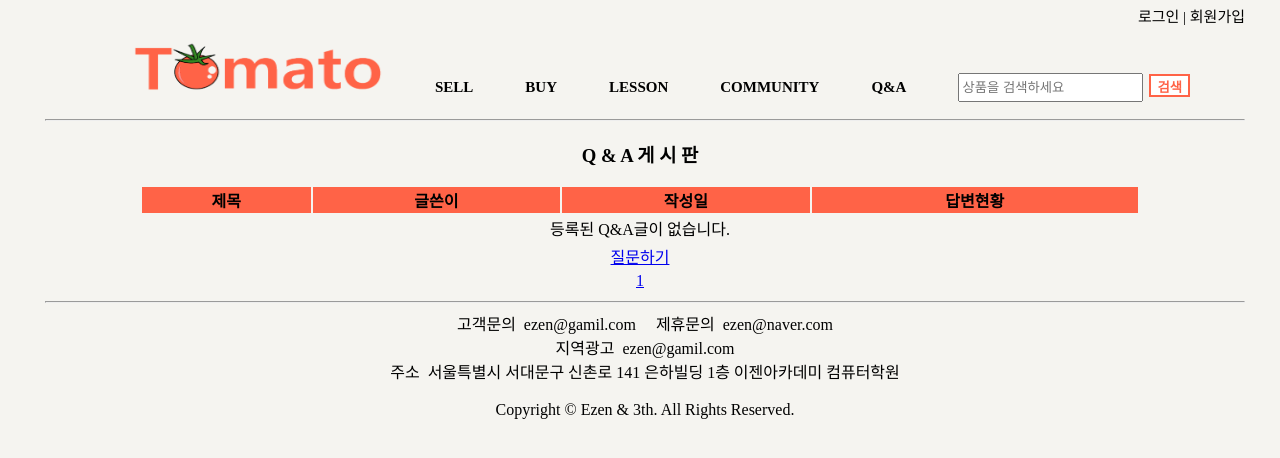
Repository: javadogfoot/semi-project
Page: http://localhost/tomato/qna/qnaList.jsp?cp=1
These files come from the project's save history. The page is drawn as it stood at one moment and after the next save; the edit follows.
The browser window is 1280 px wide. The pictures show the whole page.
The page is served by Tomcat 9. Other server files are loaded and not shown. Queries for data that is not in the repository find no rows.

Above is the page before, as saved 2021-10-14 16:46:52.

### semi프로젝트워크스페이스/tomato/src/main/webapp/qna/qnaList.jsp
<%@ page language="java" contentType="text/html; charset=UTF-8"
    pageEncoding="UTF-8"%>
<%@ page import="java.util.*" %>
<%@ page import="tomato.qna.*" %>
<jsp:useBean id="qdao" class="tomato.qna.QnaDAO" scope="session"></jsp:useBean>
<!DOCTYPE html>
<html>
<head>
<meta charset="UTF-8">
<title>Insert title here</title>
<link rel="stylesheet" type="text/css" href="/tomato/css/mainLayout.css">
<style>
h3{
	text-align: center;
}
table{
	margin: 0px auto;
	width: 1000px;
}
table th{
	background-color: tomato;
}
</style>
</head>
<%
int totalCnt=qdao.getTotalCnt();//총게시물 수
int listSize=20;//보여줄 리스트 수
int pageSize=5;//보여줄 페이지 수

String cp_s=request.getParameter("cp");
if(cp_s==null||cp_s.equals("")){
   cp_s="1";
}

int cp=Integer.parseInt(cp_s);//사용자 위치

int totalPage=(totalCnt/listSize)+1;
if(totalCnt%listSize==0)totalPage--;


int userGroup=cp/pageSize;
if(cp%pageSize==0)userGroup--;
%>
<body>
<%@include file="/header.jsp" %>
<section>
	<article>
		<h3>Q & A 게 시 판</h3>
		<table id="table">
			<thead>
				<tr>
					<th colspan="2">제목</th>
					<th>글쓴이</th>
					<th>작성일</th>
					<th>답변현황</th>
				</tr>
			</thead>
			<tfoot>
				<tr>
					<td colspan="5" align="center"><a href="qnaWrite.jsp">질문하기</a></td>
				</tr>
				<tr>
					<td colspan="5" align="center">
					<%
					if(userGroup!=0){
					   %>
					   <a href="qnaList.jsp?cp=<%=(userGroup-1)*pageSize+pageSize%>">&lt;&lt;</a>
					   <%
					}
					%>
					<%
					for(int i=userGroup*pageSize+1;i<=userGroup*pageSize+pageSize;i++){
					   %>&nbsp;&nbsp;&nbsp;<a href="qnaList.jsp?cp=<%=i%>"><%=i%></a>&nbsp;&nbsp;&nbsp;<%
					   if(i==totalPage){
					      break;
					   }
					}
					%>
					<%
					if(userGroup!=(totalPage/pageSize)-(totalPage%pageSize==0?1:0)){
					   %>
					   <a href="qnaList.jsp?cp=<%=(userGroup+1)*pageSize+1%>">&gt;&gt;</a>
					   <%
					}
					%>
					</td>
				</tr>
			</tfoot>
			<tbody>
			<%
			ArrayList<QnaDTO> arr=qdao.qnaList(cp,listSize);
			if(arr==null||arr.size()==0){
				%>
				<tr>
					<td colspan="5" align="center">등록된 Q&A글이 없습니다.</td>
				</tr>
				<%
			}else {
				for(int i=0;i<arr.size();i++){
					%>
					<tr>
						<td><%=arr.get(i).getQ_idx() %></td>
						<td>
						<%
						for(int k=0;k<arr.get(i).getQ_lev();k++){
							out.println("&nbsp;&nbsp;");
						}
						%>
						<a href="qnaContent.jsp?q_idx=<%=arr.get(i).getQ_idx() %>">
						<%=arr.get(i).getQ_sub()%></a></td>
						<td><%=arr.get(i).getM_id() %></td>
						<td><%=arr.get(i).getQ_joindate() %></td>
						<td><%=arr.get(i).getQ_status() %></td>
					</tr>
					<%
				}
			}
			%>
			</tbody>
		</table>
	</article>
</section>
<%@include file="/footer.jsp" %>
</body>
</html>

### semi프로젝트워크스페이스/tomato/src/main/webapp/header.jsp
<%@ page language="java" contentType="text/html; charset=UTF-8"
    pageEncoding="UTF-8"%>
<!DOCTYPE html>
<html>
<head>
<meta charset="UTF-8">
<title>Insert title here</title>
<style>

#btn1{
   background-color: white;
   color: tomato;
   font-weight: bold;
   height:23px;
   border: none;
   margin:2px;
   border: 2px solid tomato;
}
#btn1:hovertn1{
   background-color: tomato;
   color: white;
   font-weight: bold;
   height:23px;
   border: none;
   margin:2px;
   border: 2px solid tomato;
}
</style>
</head>
<body>
<header>
<%
String m_id=(String)session.getAttribute("m_id");
String m_name=(String)session.getAttribute("m_name");
if(m_id==null){
   %>
   <div>
   <a href="/tomato/member/login.jsp">로그인</a> | <a href="/tomato/member/join.jsp">회원가입</a>
   </div>
   <%
}else{
      %>
   <div>
   <%
   if(m_id.equals("admin")){
      %>
      <a href="/tomato/admin/memberList_admin.jsp"><%=m_name %>님 마이페이지</a> |
      <%
   }else{
      %>
      <a href="/tomato/member/mypage.jsp"><%=m_name %>님 마이페이지</a> |
      <%
   }
   %>
   <a href="/tomato/member/logout.jsp">로그아웃</a>
   </div>
   <%
}
%>
<nav>
<ul>
   <li><h1><a href="/tomato/index.jsp"><img src="/tomato/img/토마토_메인로고.png" alt="메인로고" height="50px" width="250px"></a></h1></li>
   <li><h2><a href="/tomato/sell/sell.jsp">SELL</a></h2></li>
   <li><h2><a href="/tomato/buy/buyList.jsp?col=s_idx&range=desc">BUY</a></h2></li>
   <li><h2><a href="/tomato/lesson/lessonList.jsp">LESSON</a></h2></li>
   <li><h2><a href="/tomato/community/community.jsp">COMMUNITY</a></h2></li>
   <li><h2><a href="/tomato/qna/qnaList.jsp">Q&A</a></h2></li>
   <li>
		<form name="headerSearch" action="/tomato/buy/headerBuySearch.jsp" style="display: inline;">
			<input type="text" name="searchValue" placeholder="상품을 검색하세요">
			<input type="submit" value="검색" id="btn1">
		</form>
	</li>
</ul>
</nav>
<hr/>
</header>
</body>
</html>

### semi프로젝트워크스페이스/tomato/src/main/webapp/footer.jsp
<%@ page language="java" contentType="text/html; charset=UTF-8"
    pageEncoding="UTF-8"%>
<!DOCTYPE html>
<html>
<head>
<meta charset="UTF-8">
<title>Insert title here</title>
</head>
<body>
<footer>
<hr/>
<div>
고객문의&nbsp;&nbsp;ezen@gamil.com &nbsp;&nbsp;&nbsp;&nbsp;제휴문의&nbsp;&nbsp;ezen@naver.com
<br/>
지역광고&nbsp;&nbsp;ezen@gamil.com
<br/>
주소&nbsp;&nbsp;서울특별시 서대문구 신촌로 141 은하빌딩 1층 이젠아카데미 컴퓨터학원
</div>
<br/>
<div>Copyright &copy; Ezen & 3th. All Rights Reserved.</div>
</footer>
</body>
</html>

### semi프로젝트워크스페이스/tomato/src/main/java/tomato/qna/QnaDAO.java
package tomato.qna;

import java.sql.*;
import java.util.ArrayList;
import javax.naming.*;
import javax.sql.*;

import tomato.db.TomatoDB;

public class QnaDAO {

	private Connection conn;
	private PreparedStatement ps;
	private ResultSet rs;

	public QnaDAO() {
		// TODO Auto-generated constructor stub
	}

	/**ref 마지막 값 구하기 관련 메서드*/
	public int getMaxRef() {
		try {
			String sql="select max(q_ref) from tomato_qna";
			ps=conn.prepareStatement(sql);
			rs=ps.executeQuery();
			int q_ref=0;
			if(rs.next()) {
				q_ref=rs.getInt(1);
			}
			return q_ref;
		} catch (Exception e) {
			e.printStackTrace();
			return 0;
		}finally {
			try {
				if(rs!=null)rs.close();
				if(ps!=null)ps.close();
			} catch (Exception e2) {
				// TODO: handle exception
			}
		}
	}

	/**글 쓰기 관련 메서드*/
	public int qnaWrite(QnaDTO dto,String m_id) {
		try {
			conn=tomato.db.TomatoDB.getConn();
			int q_ref=getMaxRef();
			String sql="insert into tomato_qna values((select m_idx from tomato_member where m_id=?),tomato_qna_q_idx.nextval,?,?,sysdate,'미완료',?,0,0)";
			ps=conn.prepareStatement(sql);
			ps.setString(1, m_id);
			ps.setString(2, dto.getQ_sub());
			ps.setString(3, dto.getQ_con());
			ps.setInt(4, q_ref+1);

			int count=ps.executeUpdate();
			return count;
		} catch (Exception e) {
			// TODO: handle exception
			e.printStackTrace();
			return -1;
		}finally {
			try {
				if(ps!=null)ps.close();
				if(conn!=null)conn.close();
			} catch (Exception e2) {
				// TODO: handle exception
			}
		}
	}

	/**순번 수정 관련 메서드*/
	public void updateSun(int q_ref,int q_sunbun) {
		try {
			String sql="update tomato_qna set q_sunbun=q_sunbun+1 where q_ref=? and q_sunbun>=?";
			ps=conn.prepareStatement(sql);
			ps.setInt(1, q_ref);
			ps.setInt(2, q_sunbun);
			ps.executeUpdate();
		} catch (Exception e) {
			e.printStackTrace();
		}finally {
			try {
				if(ps!=null)ps.close();
			} catch (Exception e2) {
				// TODO: handle exception
			}
		}
	}

	/**답변 글쓰기 관련 메서드*/
	public int qnaReWrite(QnaDTO dto) {
		try {
			conn=tomato.db.TomatoDB.getConn();
			updateSun(dto.getQ_ref(),dto.getQ_sunbun()+1);
			String sql="insert into tomato_qna values(1,tomato_qna_q_idx.nextval,?,?,sysdate,' ',?,?,?)";
			ps=conn.prepareStatement(sql);
			ps.setString(1, dto.getQ_sub());
			ps.setString(2, dto.getQ_con());
			ps.setInt(3, dto.getQ_ref());
			ps.setInt(4, dto.getQ_lev()+1);
			ps.setInt(5, dto.getQ_sunbun()+1);
			int count=ps.executeUpdate();
			return count;
		} catch (Exception e) {
			e.printStackTrace();
			return -1;
		}finally {
			try {
				if(ps!=null)ps.close();
				if(conn!=null)conn.close();
			} catch (Exception e2) {
				// TODO: handle exception
			}
		}
	}

	/**답변시 답변완료로 바꾸는 메서드*/
	public void recomplete(int q_idx) {
		try {
			conn=tomato.db.TomatoDB.getConn();
			String sql="update tomato_qna set q_status='답완료' where q_idx=?";
			ps=conn.prepareStatement(sql);
			ps.setInt(1, q_idx);
			ps.executeUpdate();
		} catch (Exception e) {
			// TODO: handle exception
			e.printStackTrace();
		}finally {
			try {
				if(ps!=null)ps.close();
				if(conn!=null)conn.close();
			} catch (Exception e2) {
				// TODO: handle exception
			}
		}
	}

	/**총 게시물 수 반환 관련 메서드*/
	public int getTotalCnt() {
		try {
			conn=tomato.db.TomatoDB.getConn();
			String sql="select count (*) from tomato_qna";
			ps=conn.prepareStatement(sql);
			rs=ps.executeQuery();
			rs.next();
			int count=rs.getInt(1);
			return count==0?1:count;
		} catch (Exception e) {
			e.printStackTrace();
			return 1;
		}finally {
			try {
				if(rs!=null)rs.close();
				if(ps!=null)ps.close();
				if(conn!=null)conn.close();
			} catch (Exception e2) {
				// TODO: handle exception
			}
		}
	}
	/**글 목록 보기 관련 메서드 no페이징*/
	public ArrayList<QnaDTO> qnaList2() {
		try {
			conn=tomato.db.TomatoDB.getConn();

			String sql="select * from tomato_qna tq "
					+ "left join tomato_member tm on tq.m_idx = tm.m_idx order by q_idx desc";
			ps=conn.prepareStatement(sql);
			rs=ps.executeQuery();
			ArrayList<QnaDTO> arr=new ArrayList<QnaDTO>();
			while(rs.next()) {
				int m_idx=rs.getInt("m_idx");
				int q_idx=rs.getInt("q_idx");
				String q_sub=rs.getString("q_sub");
				String q_con=rs.getString("q_con");
				java.sql.Date q_joindate=rs.getDate("q_joindate");
				String q_status=rs.getString("q_status");
				String m_name=rs.getString("m_name");

				QnaDTO dto=new QnaDTO(m_idx, q_idx, q_sub, q_con, q_joindate, q_status, m_name);
				arr.add(dto);
			}
			return arr;
		} catch (Exception e) {
			e.printStackTrace();
			return null;
		}finally {
			try {
				if(rs!=null)rs.close();
				if(ps!=null)ps.close();
				if(conn!=null)conn.close();
			} catch (Exception e2) {
				// TODO: handle exception
			}
		}
	}


	/**글 목록 보기 관련 메서드 페이징*/
	public ArrayList<QnaDTO> qnaList(int cp, int ls) {
		try {
			conn=tomato.db.TomatoDB.getConn();
			int start=(cp-1)*ls+1;
			int end=cp*ls;
			String sql="select * from (select rownum as rnum,a.* from"
					+ " (select * from tomato_qna tq left join tomato_member tm on tq.m_idx = tm.m_idx order by q_ref desc, q_sunbun asc) a) b"
					+ " where rnum>=? and rnum<=?";
			ps=conn.prepareStatement(sql);
			ps.setInt(1, start);
			ps.setInt(2, end);
			rs=ps.executeQuery();

			ArrayList<QnaDTO> arr=new ArrayList<QnaDTO>();
			while(rs.next()) {
				int m_idx=rs.getInt("m_idx");
				int q_idx=rs.getInt("q_idx");
				String q_sub=rs.getString("q_sub");
				String q_con=rs.getString("q_con");
				java.sql.Date q_joindate=rs.getDate("q_joindate");
				String q_status=rs.getString("q_status");
				int q_ref=rs.getInt("q_ref");
				int q_lev=rs.getInt("q_lev");
				int q_sunbun=rs.getInt("q_sunbun");
				String m_name=rs.getString("m_name");
				String m_id=rs.getString("m_id");

				QnaDTO dto=new QnaDTO(m_idx, m_name, q_idx, q_sub, q_con, q_joindate, q_status, q_ref, q_lev, q_sunbun, m_id);
				arr.add(dto);
			}
			return arr;
		} catch (Exception e) {
			// TODO: handle exception
			e.printStackTrace();
			return null;
		}finally {
			try {
				if(rs!=null)rs.close();
				if(ps!=null)ps.close();
				if(conn!=null)conn.close();
			} catch (Exception e2) {
				// TODO: handle exception
			}
		}

	}

	/**본문 관련 메서드*/
	public QnaDTO qnaContent(int idx) {
		try {
			conn=tomato.db.TomatoDB.getConn();
			String sql="select * from tomato_qna tq left join tomato_member tm on tq.m_idx = tm.m_idx where q_idx=?";
			ps=conn.prepareStatement(sql);
			ps.setInt(1, idx);
			rs=ps.executeQuery();
			QnaDTO dto=null;
			if(rs.next()) {
				int m_idx=rs.getInt("m_idx");
				int q_idx=rs.getInt("q_idx");
				String q_sub=rs.getString("q_sub");
				String q_con=rs.getString("q_con");
				java.sql.Date q_joindate=rs.getDate("q_joindate");
				String q_status=rs.getString("q_status");
				int q_ref=rs.getInt("q_ref");
				int q_lev=rs.getInt("q_lev");
				int q_sunbun=rs.getInt("q_sunbun");
				String m_name=rs.getString("m_name");
				String m_id=rs.getString("m_id");

				dto=new QnaDTO(m_idx, q_idx, q_sub, q_con, q_joindate, q_status, q_ref, q_lev, q_sunbun, m_name, m_id);

			}
			return dto;

		} catch (Exception e) {
			// TODO: handle exception
			e.printStackTrace();
			return null;
		}finally {
			try {
				if(rs!=null)rs.close();
				if(ps!=null)ps.close();
				if(conn!=null)conn.close();
			} catch (Exception e2) {
				// TODO: handle exception
			}
		}

	}
	/**QNA질문글 ref값 추출 메서드*/
	public int getQref(int q_idx) {
		try {
			conn=tomato.db.TomatoDB.getConn();
			String sql="select q_ref from tomato_qna where q_idx=?";
			ps=conn.prepareStatement(sql);
			ps.setInt(1, q_idx);
			rs=ps.executeQuery();
			int q_ref=0;
			if(rs.next()) {
				q_ref=rs.getInt(1);
			}
			return q_ref;

		} catch (Exception e) {
			// TODO: handle exception
			e.printStackTrace();
			return 0;
		}finally {
			try {
				if(rs!=null)rs.close();
				if(ps!=null)ps.close();
				if(conn!=null)conn.close();
			} catch (Exception e2) {
				// TODO: handle exception
			}
		}

	}

	/**QNA질문글 삭제 관련 메서드*/
	public int qnaDel(int q_ref) {
		try {
			conn=tomato.db.TomatoDB.getConn();
			String sql="delete from tomato_qna where q_ref=?";
			ps=conn.prepareStatement(sql);
			ps.setInt(1, q_ref);
			int count=ps.executeUpdate();

			return count;

		} catch (Exception e) {
			// TODO: handle exception
			e.printStackTrace();
			return -1;
		}finally {
			try {
				if(ps!=null)ps.close();
				if(conn!=null)conn.close();
			} catch (Exception e2) {
				// TODO: handle exception
			}
		}
	}

	/**관리자 답변글 삭제 관련 메서드*/
	public int qnaDelAdmin(int idx) {
		try {
			conn=tomato.db.TomatoDB.getConn();
			String sql="delete from tomato_qna where q_idx=?";
			ps=conn.prepareStatement(sql);
			ps.setInt(1, idx);
			int count=ps.executeUpdate();
			return count;
		} catch (Exception e) {
			// TODO: handle exception
			e.printStackTrace();
			return -1;
		}finally {
			try {
				if(ps!=null)ps.close();
				if(conn!=null)conn.close();
			} catch (Exception e2) {
				// TODO: handle exception
			}
		}

	}

	/**Q&A질문 키워드 검색 관련 메서드*/
	public ArrayList<QnaDTO> keywordFind(String keyword){
		try {

			conn=tomato.db.TomatoDB.getConn();
			String sql="select * from tomato_qna tq left join tomato_member tm on tq.m_idx = tm.m_idx where q_sub like '%"+keyword+"%'";
			ps=conn.prepareStatement(sql);
			rs=ps.executeQuery();
			ArrayList<QnaDTO> arr=new ArrayList<QnaDTO>();
			while(rs.next()) {
				int m_idx=rs.getInt("m_idx");
				int q_idx=rs.getInt("q_idx");
				String q_sub=rs.getString("q_sub");
				String q_con=rs.getString("q_con");
				java.sql.Date q_joindate=rs.getDate("q_joindate");
				String q_status=rs.getString("q_status");
				int q_ref=rs.getInt("q_ref");
				int q_lev=rs.getInt("q_lev");
				int q_sunbun=rs.getInt("q_sunbun");
				String m_name=rs.getString("m_name");
				String m_id=rs.getString("m_id");

				QnaDTO dto=new QnaDTO(m_idx, q_idx, q_sub, q_con, q_joindate, q_status, q_ref, q_lev, q_sunbun, m_name, m_id);
				arr.add(dto);
			}
			return arr;
		} catch (Exception e) {
			// TODO: handle exception
			e.printStackTrace();
			return null;
		}finally {
			try {
				if(rs!=null)rs.close();
				if(ps!=null)ps.close();
				if(conn!=null)conn.close();
			} catch (Exception e2) {
				// TODO: handle exception
			}
		}
	}

	/**마이페이지 내글 목록 조회 관련 메서드*/
	public ArrayList<QnaDTO> mypageQna(int idx, int cp, int ls) {
		try {
			conn=tomato.db.TomatoDB.getConn();
			int start=(cp-1)*ls+1;
			int end=cp*ls;
			String sql="select * from (select rownum as rnum,a.* from"
					+ " (select * from tomato_qna where m_idx=? order by q_ref desc, q_sunbun asc) a) b"
					+ " where rnum>=? and rnum<=?";
			ps=conn.prepareStatement(sql);
			ps.setInt(1, idx);
			ps.setInt(2, start);
			ps.setInt(3, end);
			rs=ps.executeQuery();

			ArrayList<QnaDTO> arr=new ArrayList<QnaDTO>();
			while(rs.next()) {
				int m_idx=rs.getInt("m_idx");
				int q_idx=rs.getInt("q_idx");
				String q_sub=rs.getString("q_sub");
				String q_con=rs.getString("q_con");
				java.sql.Date q_joindate=rs.getDate("q_joindate");
				String q_status=rs.getString("q_status");
				int q_ref=rs.getInt("q_ref");
				int q_lev=rs.getInt("q_lev");
				int q_sunbun=rs.getInt("q_sunbun");

				QnaDTO dto=new QnaDTO(m_idx, q_idx, q_sub, q_con, q_joindate, q_status, q_ref, q_lev, q_sunbun);
				arr.add(dto);
			}
			return arr;
		} catch (Exception e) {
			// TODO: handle exception
			e.printStackTrace();
			return null;
		}finally {
			try {
				if(rs!=null)rs.close();
				if(ps!=null)ps.close();
				if(conn!=null)conn.close();
			} catch (Exception e2) {
				// TODO: handle exception
			}
		}

	}


}

### semi프로젝트워크스페이스/tomato/src/main/java/tomato/db/TomatoDB.java
package tomato.db;

import java.sql.*;
import javax.sql.*;
import javax.naming.*;

public class TomatoDB {

	static DataSource ds;

	static{
		try {
		Context initContext = new InitialContext();
		Context envContext  = (Context)initContext.lookup("java:/comp/env");
		ds = (DataSource)envContext.lookup("jdbc/myoracle");
		}catch(Exception e) {
			e.printStackTrace();
		}
	}

	public static Connection getConn() throws Exception{
		return ds.getConnection();
	}
}

### semi프로젝트워크스페이스/tomato/src/main/webapp/css/mainLayout.css
@charset "UTF-8";
body{
   background-color: #f5f4f0;
   margin: 5px auto;
   width: 1200px;
}
header{
   width: 1200px;
   margin: 5px;
}
header div{
   text-align: right;
   font-size: 15px;
}
header div a{
   color: black;
   text-decoration: none;
}
header div a:hover{
   color: black;
   text-decoration: underline;
}
h1{
   font-size: 45px;
   color: tomato;
   display: inline;
}
h1 a{
   text-decoration: none;
   color: tomato;
}
h2{
   color: black;
   display: inline;
   font-size: 15px;
}
h2 a{
   text-decoration: none;
   color: black;
}
header nav li{
   list-style-type: none;
   display: inline;
   color: black;
   margin-left: 48px;
}
header input{

   height: 23px;
}
section{
   width: 1200px;
}
footer{
   width: 1200px;
   clear: both;
   margin: 5px;
   text-align: center;
}

After the next save:
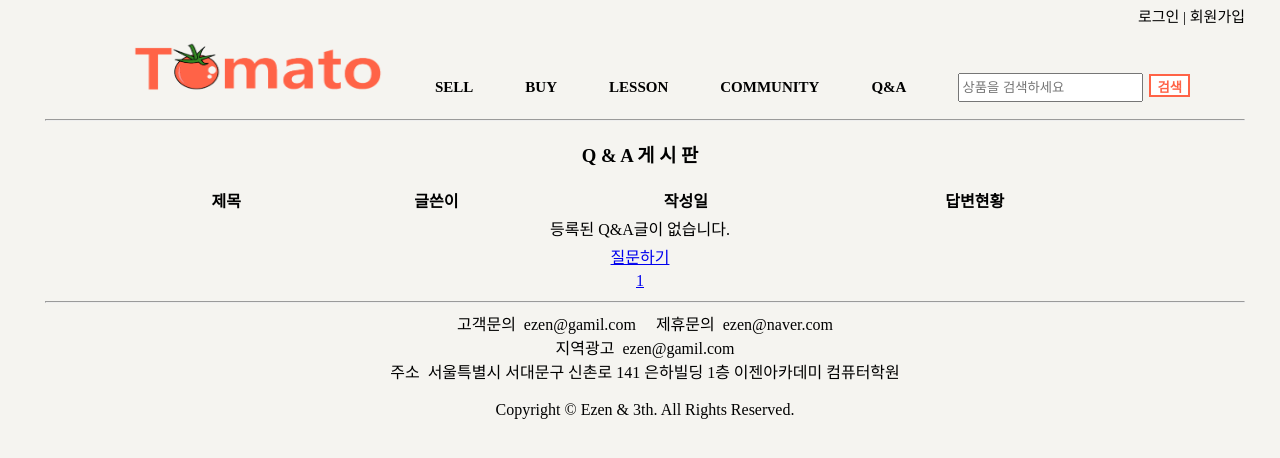
Saved 40 s later.
--- a/semi프로젝트워크스페이스/tomato/src/main/webapp/qna/qnaList.jsp
+++ b/semi프로젝트워크스페이스/tomato/src/main/webapp/qna/qnaList.jsp
@@ -13,11 +13,11 @@
 h3{
 	text-align: center;
 }
-table{
+#table{
 	margin: 0px auto;
 	width: 1000px;
 }
-table th{
+#table.th{
 	background-color: tomato;
 }
 </style>

After the save that followed:
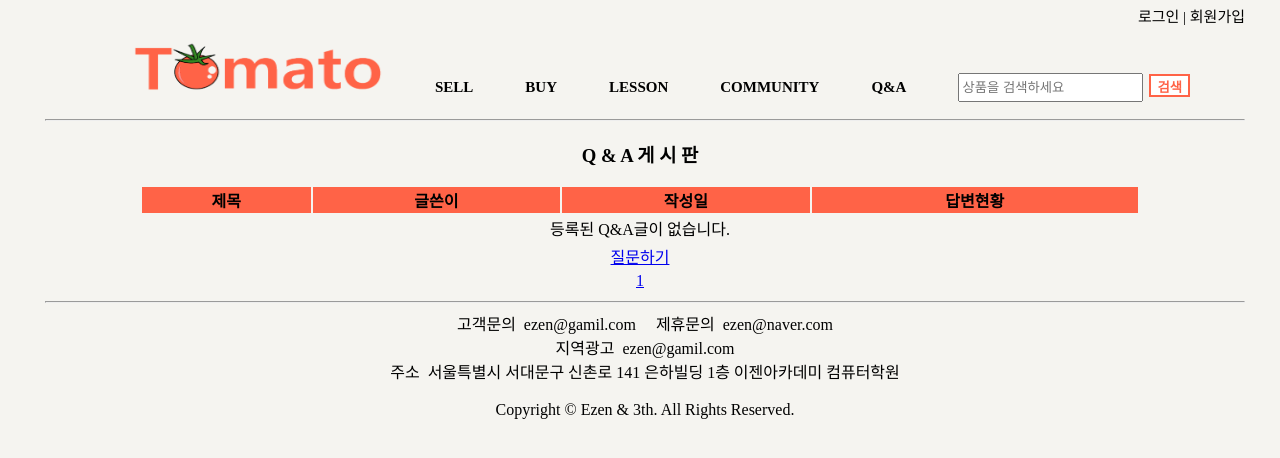
Saved 7 s later.
--- a/semi프로젝트워크스페이스/tomato/src/main/webapp/qna/qnaList.jsp
+++ b/semi프로젝트워크스페이스/tomato/src/main/webapp/qna/qnaList.jsp
@@ -17,7 +17,7 @@
 	margin: 0px auto;
 	width: 1000px;
 }
-#table.th{
+#table th{
 	background-color: tomato;
 }
 </style>
